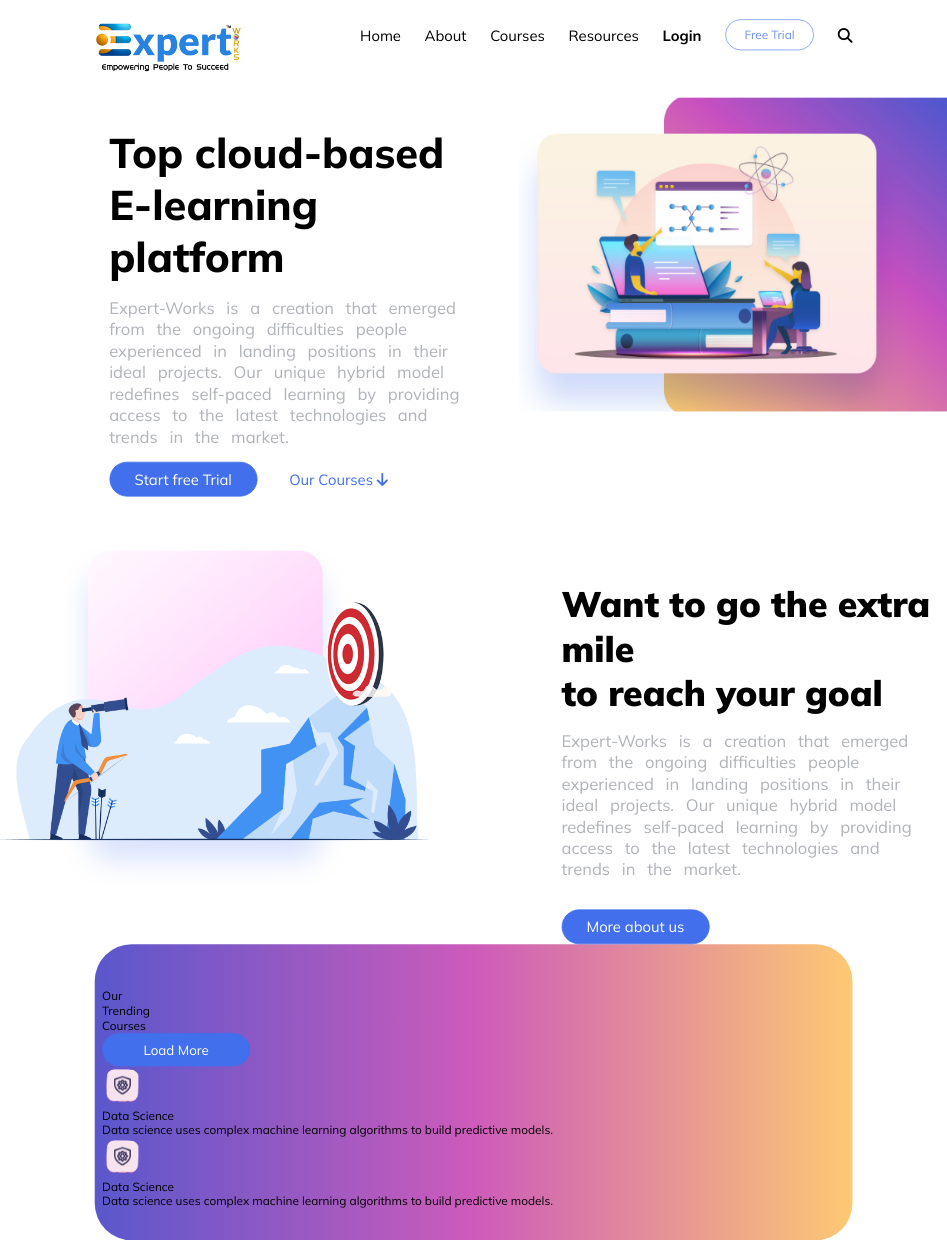
Repository: FlyweisReact/Raghu-B2C
Page: /homePage
The author's editor kept a copy of each file at every save. The page is drawn from the files as they stood at one save, then again after a run of saves.
The browser window is 1280 px wide. The pictures show the whole page, at 74% of full size.
Some web libraries are served in a nearby version. The project was rebuilt for these pictures with package versions that can differ from the ones it lists, and the page was loaded fresh each time. Also part of the build but not shown: src/Footer/footer.scss, src/Footer/Footer.jsx, src/component/pages/courses/course.scss, src/component/Navbar/nav.scss, src/component/Navbar/Nav.jsx, src/component/navigation/NavItems.js, src/component/navigation/Dropdown.css, src/component/navigation/Dropdown.js and 43 more.

Above is the page before, as saved 2023-02-03 16:04:36.

After the next 3 saves:
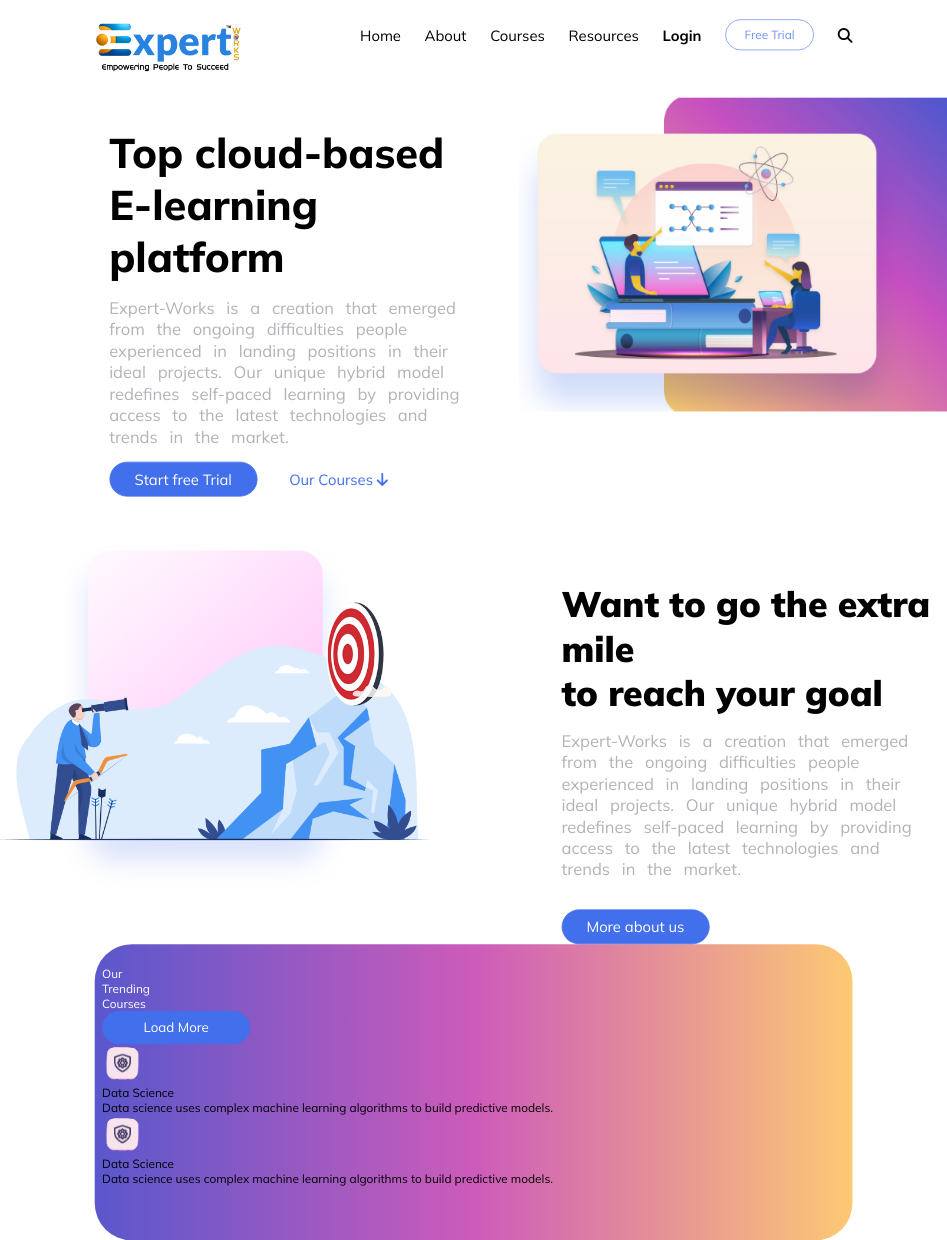
The 3 saves are shown as one change because they came seconds apart.
The last was saved 12 s later.
--- a/src/HomePage.css
+++ b/src/HomePage.css
@@ -118,5 +118,6 @@
   padding: 10px;
 }
 .centerMainDiv .left {
-    margin-top: 5%;
+    margin-top: 2%;
+    color: #fff;
 }
